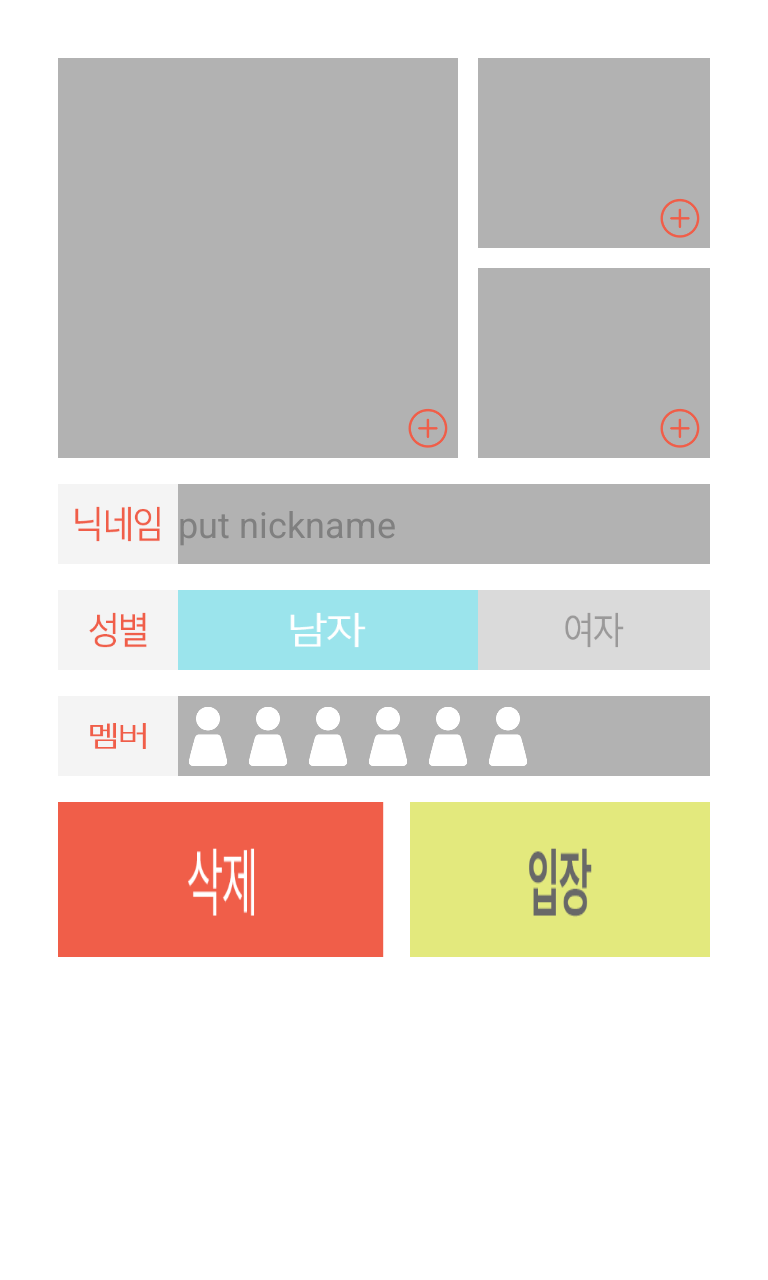
Repository: dokwon/mingle_final_client
Layout: mingle/res/layout/activity_main.xml
An editor plug-in stored every save of this project. The layout is shown before and after the next save, followed by the edit.
It is drawn on a 768 x 1280 px phone screen (xhdpi) without system bars, with theme ProfileTheme; the app's code is not run. The app's manifest (not shown) leaves right-to-left support off. So textAlignment, textDirection and layoutDirection are ignored, and left and right values win over start and end ones.

Above is the layout before, as saved 2014-08-04 06:24:08.

After the next save:
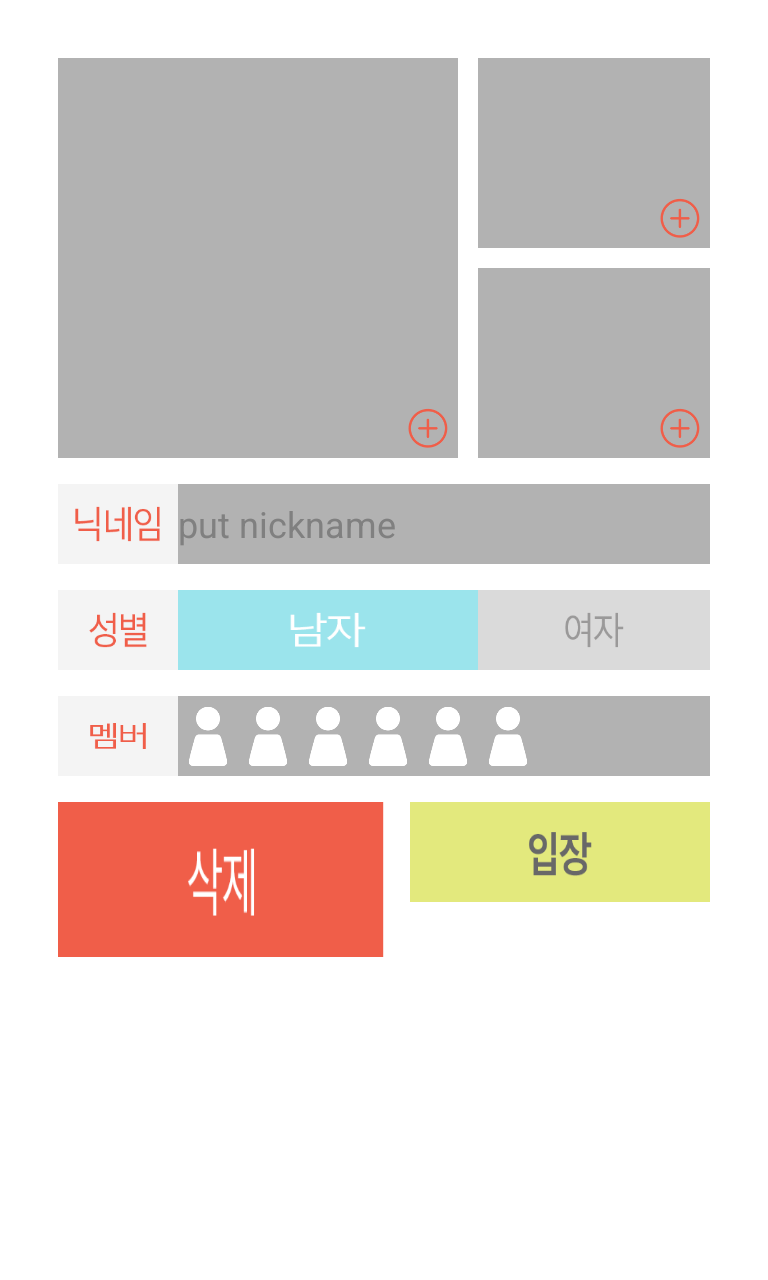
Saved 2 min 13 s later.
--- a/mingle/res/layout/activity_main.xml
+++ b/mingle/res/layout/activity_main.xml
@@ -284,8 +284,6 @@
 	    android:onClick="MemberNumberSelected"/>
 
 
-
-
 	<Button
 	    android:layout_height="wrap_content"
 	    android:layout_width="match_parent"
@@ -298,7 +296,7 @@
 	    android:onClick="userCreateButtonPressed"/>
 
 	<Button
-	    android:layout_height="wrap_content"
+	    android:layout_height="50dp"
 	    android:layout_width="wrap_content"
 	    android:id="@+id/enter_button"
 	    android:layout_alignRight="@+id/photoView3"
